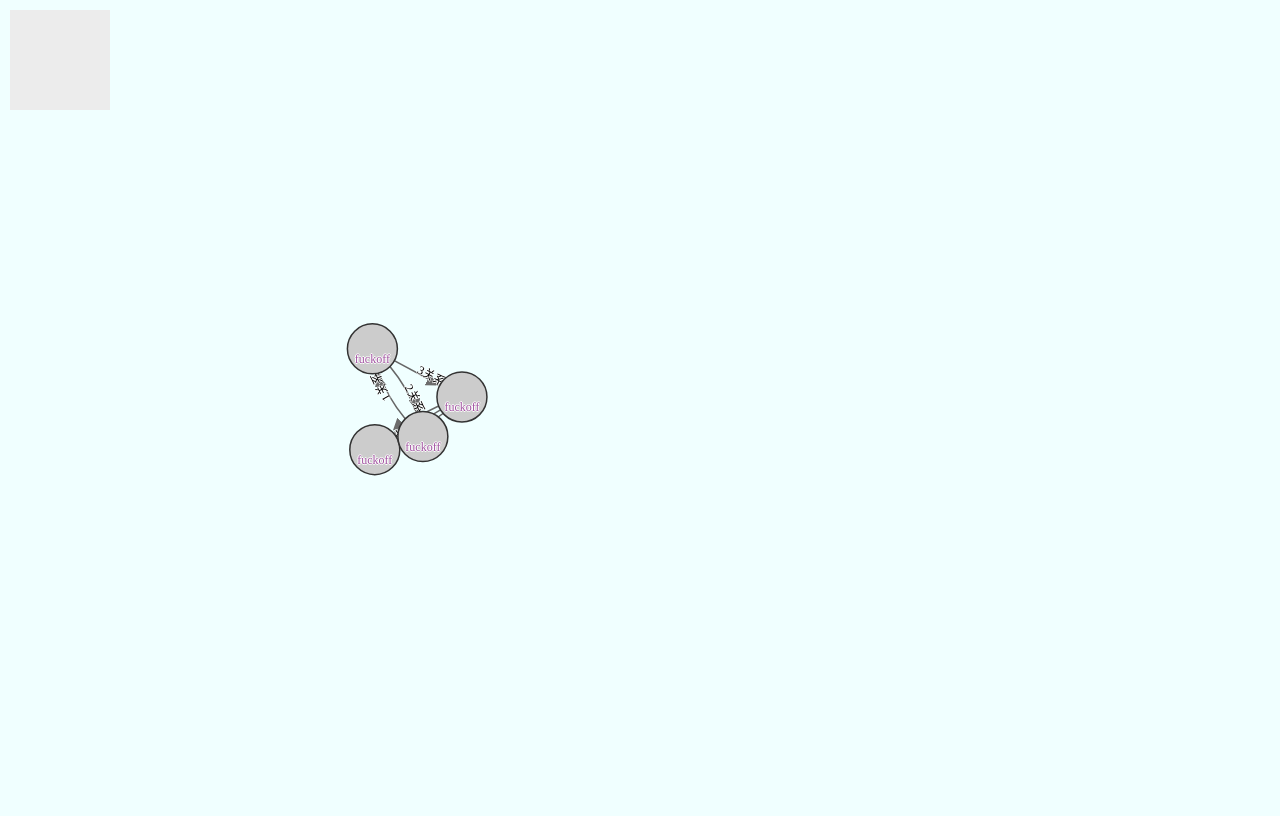
Repository: 467469274/fource
Page: index.html
An editor plug-in stored every save of this project. The page is shown before and after the next save, followed by the edit.
The browser window is 1280 px wide. The pictures show the whole page.
Some web libraries are served in a nearby version.

Above is the page before, as saved 2020-10-27 20:49:40.

### index.html
<html>
  <head>
    <meta charset="utf-8" />
    <title>关系图示例</title>
    <style>
      .div-left {
        float: right;
      }
    </style>
    <!--  <script charset="utf-8" src="/ews/js/r2d3.min.js"></script> -->
    <!-- <script charset="utf-8" src="d3.v4.min.js"></script> -->
    <script src="http://d3js.org/d3.v5.min.js"></script>
    <script src="http://libs.baidu.com/jquery/2.0.0/jquery.min.js"></script>
    <script src="./index.js"></script>
    <link rel="stylesheet" href="./index.css" />
  </head>
  <body id="body" bgcolor="#F0Ffff">
    <div id="thumbMap"></div>
    <script>
              var clickTime = "";
              var links = [
                {
                  targetname: "哇哈哈",
                  relaname: "1关系",
                  sourcename: "洗刷刷",
                  source: "bh001",
                  target: "bh002",

                },
                {
                  targetname: "哇哈哈",
                  relaname: "2关系",
                  sourcename: "洗刷刷",
                  source: "bh001",

                  target: "bh002",
                },
                {
                  targetname: "哇哈哈",
                  relaname: "3关系",
                  sourcename: "洗刷刷",

                  source: "bh001",
                  target: "bh002",
                },
                {
                  targetname: "喜洋洋",
                  relaname: "2关系",
                  sourcename: "美洋洋",

                  source: "bh003",
                  target: "bh004",
                },
                {
                  targetname: "洗刷刷",
                  relaname: "3关系",

                  sourcename: "喜洋洋",
                  source: "bh003",
                  target: "bh001",
                },
                {
                  targetname: "喜洋洋",
                  relaname: "1关系",
                  sourcename: "洗刷刷",
                  source: "bh004",

                  target: "bh003",
                },
              ];
              //关系分组
              var linkGroup = {};
              var tips = {};
              var startLoc = [];
              var endLoc = [];
              var drawFlag = "";
              const circleInfo = {
                r: 25,
                stroke: 1,
              };

              // console.log(Intersection.intersectShapes)
              const lineDots = {};
              //对连接线进行统计和分组，不区分连接线的方向，只要属于同两个实体，即认为是同一组
              var linkmap = {};
              for (var i = 0; i < links.length; i++) {
                var key =
                  links[i].source < links[i].target
                    ? links[i].source + ":" + links[i].target
                    : links[i].target + ":" + links[i].source;
                if (!linkmap.hasOwnProperty(key)) {
                  linkmap[key] = 0;
                }
                linkmap[key] += 1;
                if (!linkGroup.hasOwnProperty(key)) {
                  linkGroup[key] = [];
                }
                linkGroup[key].push(links[i]);
              }
              //为每一条连接线分配size属性，同时对每一组连接线进行编号
              for (var i = 0; i < links.length; i++) {
                var key =
                  links[i].source < links[i].target
                    ? links[i].source + ":" + links[i].target
                    : links[i].target + ":" + links[i].source;
                links[i].size = linkmap[key];
                //同一组的关系进行编号
                var group = linkGroup[key];
                var keyPair = key.split(":");
                var type = "noself"; //标示该组关系是指向两个不同实体还是同一个实体
                if (keyPair[0] == keyPair[1]) {
                  type = "self";
                }
                //给节点分配编号
                setLinkNumber(group, type);
              }
              //定义参数
              var nodes = {};
              for (var i = 0; i < links.length; i++) {
                var link = links[i];
                link.selected = false;
                link.previouslySelected = false;
                link.source = nodes[link.source] = {name:link.source}
                link.target = nodes[link.target] = {name:link.target}
              }
              const ars = []
              Object.keys(nodes).forEach(key=>{
                ars.push(nodes[key])
              })
              links.forEach(function (e) {
              var sourceNode = ars.filter(function (n) {
                          return n.name === e.source.name;
                      })[0],
                      targetNode = ars.filter(function (n) {
                          return n.name === e.target.name;
                      })[0];
              e.source = sourceNode
              e.target = targetNode
          });

              //可以定义展示大小
              var width = 800,
                height = 800;
                var force = d3.forceSimulation()
            .force("link",d3.forceLink())
            .force("charge",d3.forceManyBody())
            .force("center",d3.forceCenter());
            //生成节点数据
            force.nodes(ars)
            .on("tick", tick);
        //生成边数据
        force.force("link")
            .links(links)
            .distance(100)
        // //设置图形的中心位置
        force.force("center")
            .x(width/2)
            .y(height/2);


              var svg = d3
                .select("body")
                .append("svg")
                .attr("width", width)
                .attr("height", height);

              //箭头
              var marker = svg
                .append("marker")
                .attr("id", function (d) {
                  return d;
                })
                .attr("id", "resolved")
                .attr("markerUnits", "strokeWidth") //设置为strokeWidth箭头会随着线的粗细发生变化
                .attr("markerUnits", "userSpaceOnUse")
                .attr("viewBox", "0 -5 10 10") //坐标系的区域
                .attr("refX", 32) //箭头坐标
                .attr("refY", -1)
                .attr("markerWidth", 12) //标识的大小
                .attr("markerHeight", 12)
                .attr("orient", "auto") //绘制方向，可设定为：auto（自动确认方向）和 角度值
                .attr("stroke-width", 2) //箭头宽度
                .append("path")
                .attr("d", "M0,-5L10,0L0,5") //箭头的路径
                .attr("fill", "#6c6c6c"); //箭头颜色

              // 将连接线设置为曲线
              var path = drawPath(svg)
                .on("mousemove", function (e) {
                  setTips(e, `${e.sourcename}=>${e.targetname}`);
                })
                .on("mouseout", function (e) {
                  initTips(e);
                })
                //设置直线上的字
              var edges_text = drawText(svg)

              //圆圈
              var circle = drawCircle(svg)
                .on("dblclick", function (node) {
                  // alert("names:"+node.names+" , name:"+node.name);
                  console.log(123);
                })
                //给圆圈添加单机事件
                .on("click", function (node) {
                  //单击时圆圈上的字
                  text.style("fill", function (data) {
                    return "#fff";
                  });
                  //单击时圆圈边线宽度
                  circle.style("stroke-width", function (data) {
                    return 10;
                  });
                  //单击时圆圈背景色
                  circle.style("fill", function (data) {
                    var color = "#FFFAF0"; //圆圈背景色
                  });
                  //单击时圆圈边缘线颜色
                  circle.style("stroke", function (data) {
                    return "red";
                  });
                  //单击时让连接线加粗
                  path.style("stroke-width", function (line) {
                    return 5;
                  });
                  path.style("stroke", function (line) {
                    return "red";
                  });
                  //单击时让连接线文字
                  edges_text.style("fill", function (line) {
                    return "#000000";
                  });
                })
                .on("mousemove", function (e) {
                  setTips(e);
                })
                .on("mouseout", function (e) {
                  initTips(e);
                })

              //圆圈上的字
              var text = drawCircleText(svg)

              //定义坐标
              function tick() {
                path.attr("d", pathD);
                circle.attr("transform", transform1); //圆圈
                text.attr("transform", transform2); //顶点文字
                console.log(edges_text.attr)
                edges_text.attr("transform", function (d, i) {
                  if (d.target.x < d.source.x) {
                    bbox = this.getBBox();
                    rx = bbox.x + bbox.width / 2;
                    ry = bbox.y + bbox.height / 2;
                    return "rotate(180 " + rx + " " + ry + ")";
                  } else {
                    return "rotate(0)";
                  }
                });
                // drawThumb()
              }
              function initTips(data) {
                Object.keys(tips).forEach((key) => {
                  if (key === data.name) {
                  }
                  tips[key].attr("display", "none");
                });
              }
              function setTips(data, text) {
                if (drawFlag) return;
                const { clientX: x, clientY: y } = d3.event;
                let target;
                if (tips[data.name]) {
                  target = tips[data.name];
                  target.attr("display", "block");
                } else {
                  target = svg.append("g");
                  target
                    .append("rect")
                    .attr("width", 100)
                    .attr("height", 100)
                    .attr("fill", "red")
                    .attr("rx", 10)
                    .attr("ry", 10);
                  target
                    .append("text")
                    .text(text || data.name)
                    .attr("fill", "white")
                    .attr("x", 20)
                    .attr("y", 20)
                    .attr("text-anchor", "start")
                    .style("font-size", "20px")
                    .style("user-select", "none")
                    .style("color", "blue")
                    .attr("dy", 8);
                  tips[data.name] = target;
                }
                target.select("text").attr("x", x + 20);
                target.select("text").attr("y", y + 20);
                target.select("rect").attr("x", x);
                target.select("rect").attr("y", y);
              }
              function setLinkNumber(group, type) {
                if (group.length == 0) return;
                //对该分组内的关系按照方向进行分类，此处根据连接的实体ASCII值大小分成两部分
                var linksA = [],
                  linksB = [];
                for (var i = 0; i < group.length; i++) {
                  var link = group[i];
                  if (link.source < link.target) {
                    linksA.push(link);
                  } else {
                    linksB.push(link);
                  }
                }
                //确定关系最大编号。为了使得连接两个实体的关系曲线呈现对称，根据关系数量奇偶性进行平分。
                //特殊情况：当关系都是连接到同一个实体时，不平分
                var maxLinkNumber = 0;
                if (type == "self") {
                  maxLinkNumber = group.length;
                } else {
                  maxLinkNumber =
                    group.length % 2 == 0 ? group.length / 2 : (group.length + 1) / 2;
                }
                //如果两个方向的关系数量一样多，直接分别设置编号即可
                if (linksA.length == linksB.length) {
                  var startLinkNumber = 1;
                  for (var i = 0; i < linksA.length; i++) {
                    linksA[i].linknum = startLinkNumber++;
                  }
                  startLinkNumber = 1;
                  for (var i = 0; i < linksB.length; i++) {
                    linksB[i].linknum = startLinkNumber++;
                  }
                } else {
                  //当两个方向的关系数量不对等时，先对数量少的那组关系从最大编号值进行逆序编号，然后在对另一组数量多的关系从编号1一直编号到最大编号，再对剩余关系进行负编号
                  //如果抛开负号，可以发现，最终所有关系的编号序列一定是对称的（对称是为了保证后续绘图时曲线的弯曲程度也是对称的）
                  var biggerLinks, smallerLinks;
                  if (linksA.length > linksB.length) {
                    biggerLinks = linksA;
                    smallerLinks = linksB;
                  } else {
                    biggerLinks = linksB;
                    smallerLinks = linksA;
                  }

                  var startLinkNumber = maxLinkNumber;
                  for (var i = 0; i < smallerLinks.length; i++) {
                    smallerLinks[i].linknum = startLinkNumber--;
                  }
                  var tmpNumber = startLinkNumber;

                  startLinkNumber = 1;
                  var p = 0;
                  while (startLinkNumber <= maxLinkNumber) {
                    biggerLinks[p++].linknum = startLinkNumber++;
                  }
                  //开始负编号
                  startLinkNumber = 0 - tmpNumber;
                  for (var i = p; i < biggerLinks.length; i++) {
                    biggerLinks[i].linknum = startLinkNumber++;
                  }
                }
              }
              function drawSquare() {
                var rect = svg
                  .append("rect")
                  .attr("width", 0)
                  .attr("height", 0)
                  .attr("fill", "rgba(33,20,50,0.3)")
                  .attr("stroke", "#ccc")
                  .attr("stroke-width", "2px")
                  .attr("transform", "translate(0,0)")
                  .attr("id", "squareSelect");

                svg.on("mousedown", function () {
                  if (d3.event.target.localName === "svg") {
                    clickTime = new Date().getTime(); //mark start time
                    drawFlag = true; //以drawFlag作为可执行圈选的标记
                    // rect.attr('x',d3.event.layerX)
                    // rect.attr('y',d3.event.layerY)
                    rect.attr(
                      "transform",
                      "translate(" + d3.event.layerX + "," + d3.event.layerY + ")"
                    );
                    rect.attr("endX", d3.event.layerX);
                    rect.attr("endY", d3.event.layerY);
                    startLoc = [d3.event.layerX, d3.event.layerY];
                  }
                });

                svg.on("mousemove", function () {
                  //判断事件target
                  if (drawFlag == true) {
                    var width = d3.event.layerX - startLoc[0];
                    var height = d3.event.layerY - startLoc[1];
                    let endX, endY;
                    // 各种反向
                    if (width < 0) {
                      rect.attr(
                        "transform",
                        "translate(" + d3.event.layerX + "," + startLoc[1] + ")"
                      );
                      endX = d3.event.layerX;
                      endY = startLoc[1];
                    }
                    if (height < 0) {
                      rect.attr(
                        "transform",
                        "translate(" + startLoc[0] + "," + d3.event.layerY + ")"
                      );
                      endX = startLoc[0];
                      endY = d3.event.layerY;
                    }
                    if (height < 0 && width < 0) {
                      rect.attr(
                        "transform",
                        "translate(" + d3.event.layerX + "," + d3.event.layerY + ")"
                      );

                      endX = d3.event.layerX;
                      endY = d3.event.layerY;
                    }
                    endX && rect.attr("endX", endX);
                    endY && rect.attr("endY", endY);
                    rect
                      .attr("width", Math.abs(width))
                      .attr("height", Math.abs(height));
                  }
                });

                svg.on("mouseup", function () {
                  var times = new Date().getTime() - clickTime;
                  if (drawFlag == true && times >= 100) {
                    d3.selectAll(".regionNode").attr("temp", function (d) {
                      console.log(d);
                      endLoc = [d3.event.layerX, d3.event.layerY]; // 框选结束的点的坐标
                      if (inSquare(d, endLoc)) {
                        console.log(this);
                        d3.select(this)
                          .style("fill", function (d) {
                            return this.nodeName === "path" ? "" : "pink";
                          })
                          .style("stroke", function (d) {
                            return this.nodeName === "path" ? "pink" : "";
                          });
                      }
                    });
                    rect
                      .attr("width", 0)
                      .attr("height", 0)
                      .attr("endX", 0)
                      .attr("endY", 0)
                      .attr("opacity", 1);
                  }
                  drawFlag = false;
                });
              }
              drawSquare();

            function drawThumb() {
              //每次绘制前删除之前的图形（这是一种简单有效的动画理论，但是比较消耗资源，之后会介绍如何节省资源完成需求）
              d3.select("#thumbSvg").remove();

              var thumbSvg = d3
                .select("#thumbMap")
                .append("svg")
                .attr("width", 100)
                .attr("height", 100)
                .attr("id", "thumbSvg");
                let thumbPath = drawPath(thumbSvg,'thumb');
                thumbPath.attr("d",(d)=>{
                  return pathD(d,'thumb');
                });

                thumbSvg.append("g")
                .selectAll("circle")
                    .data(circle[0])
                    .enter()
                    .append("circle")
                    .attr("class","tnode")
                    .attr("r",5)//图形尺寸都要缩小
                    .attr("fill",function(d){
                      return "red"
                    })
                    .attr("cx", function (d) {
                          return d.__data__.x/5
                      })
                      .attr("cy", function(d){
                        return d.__data__.y/5
                      });
      }
    </script>
  </body>
</html>

### index.css

    .link {
        fill: none;
        stroke: #666;
        stroke-width: 1.5px;
      }

      #licensing {
        fill: green;
      }

      .link.licensing {
        stroke: green;
      }

      .link.resolved {
        stroke-dasharray: 0, 2 1;
      }

      circle {
        fill: #ccc;
        stroke: #333;
        stroke-width: 1.5px;
      }
      #forceMap {
        width: 500px;
        height: 500px;
        background: #fff;
        margin-bottom: 10px;
        z-index: 1;
      }
      #thumbMap {
        width: 100px;
        height: 100px;
        background: #ececec;
        position: absolute;
        left: 10px;
        top: 10px;
        z-index: 99;
      }
      text {
        font: 12px Microsoft YaHei;
        pointer-events: none;
        text-shadow: 0 1px 0 #fff, 1px 0 0 #fff, 0 -1px 0 #fff, -1px 0 0 #fff;
      }

      .linetext {
        font-size: 12px Microsoft YaHei;
      }
      .fuckddq {
        background: paleturquoise;
        fill: paleturquoise !important;
      }

Loaded but not shown: index.js (205 lines, source omitted)

After the next save:
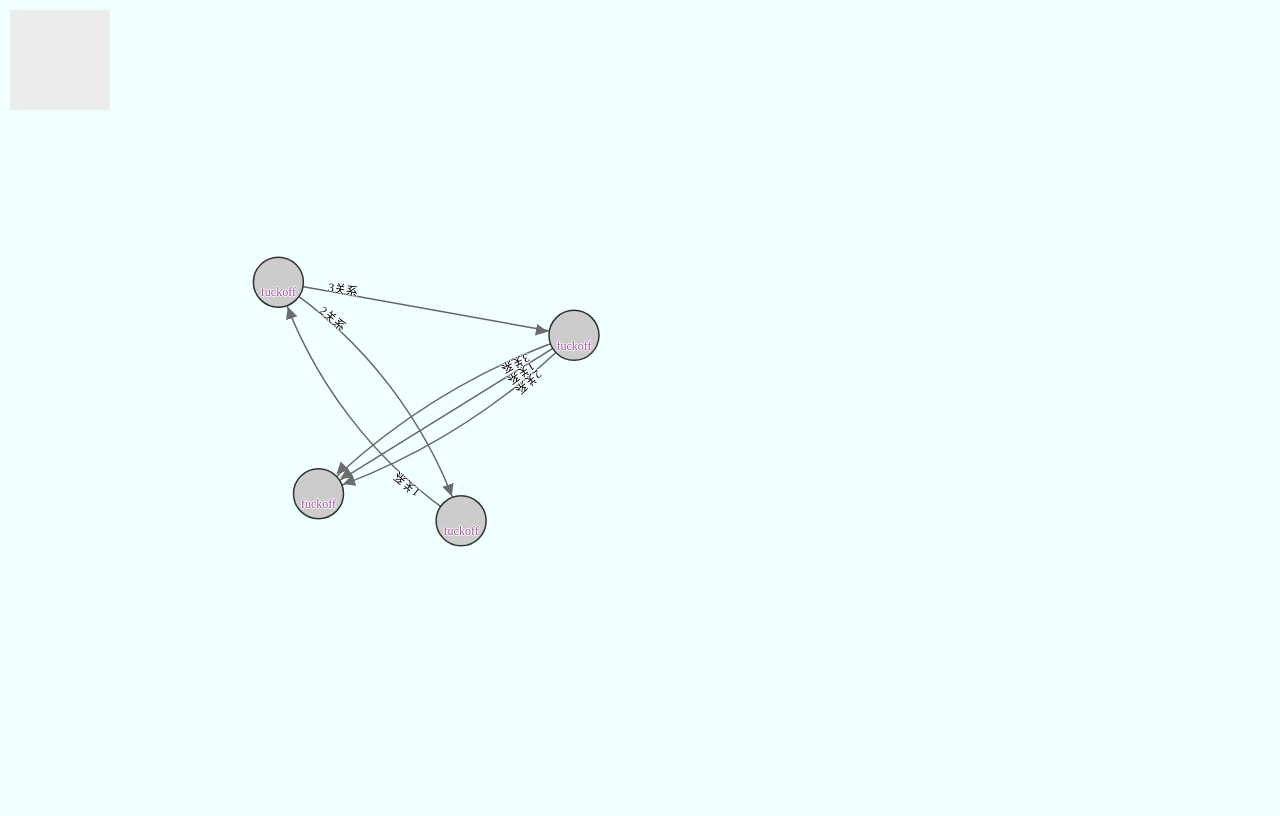
Saved 6 s later.
--- a/index.html
+++ b/index.html
@@ -151,7 +151,7 @@
         //生成边数据
         force.force("link")
             .links(links)
-            .distance(100)
+            .distance(300)
         // //设置图形的中心位置
         force.force("center")
             .x(width/2)
